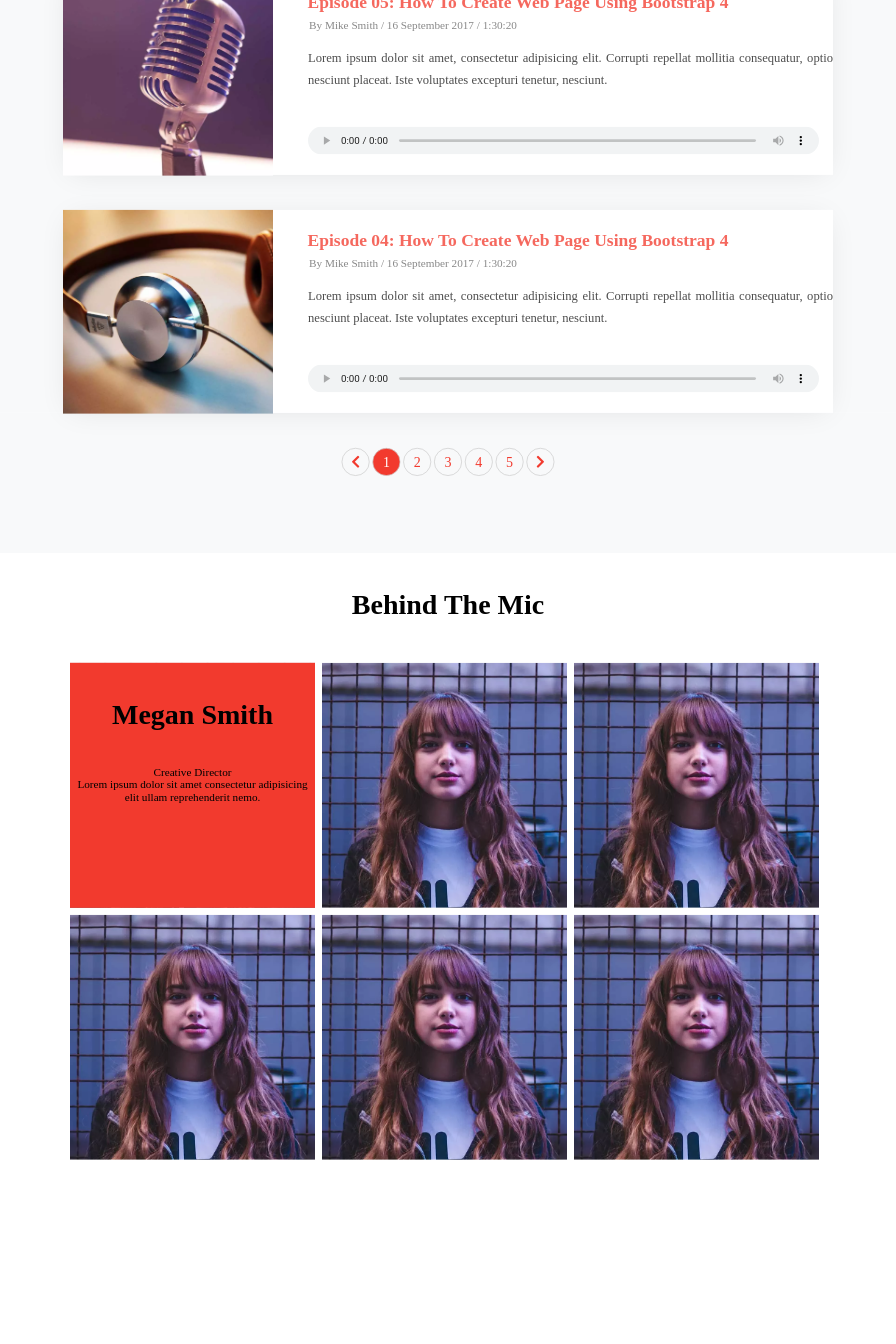
Repository: nhutduy0803/template2
Page: index.html
These files come from the project's save history. The page is drawn as it stood at one moment and after the next save; the edit follows.
The browser window is 1280 px wide. The pictures show the part of the page from y = 2077 to 3997 px (the page is 3997 px tall), at 70% of full size.

Above is the page before, as saved 2021-12-09 14:41:46.

After the next save:
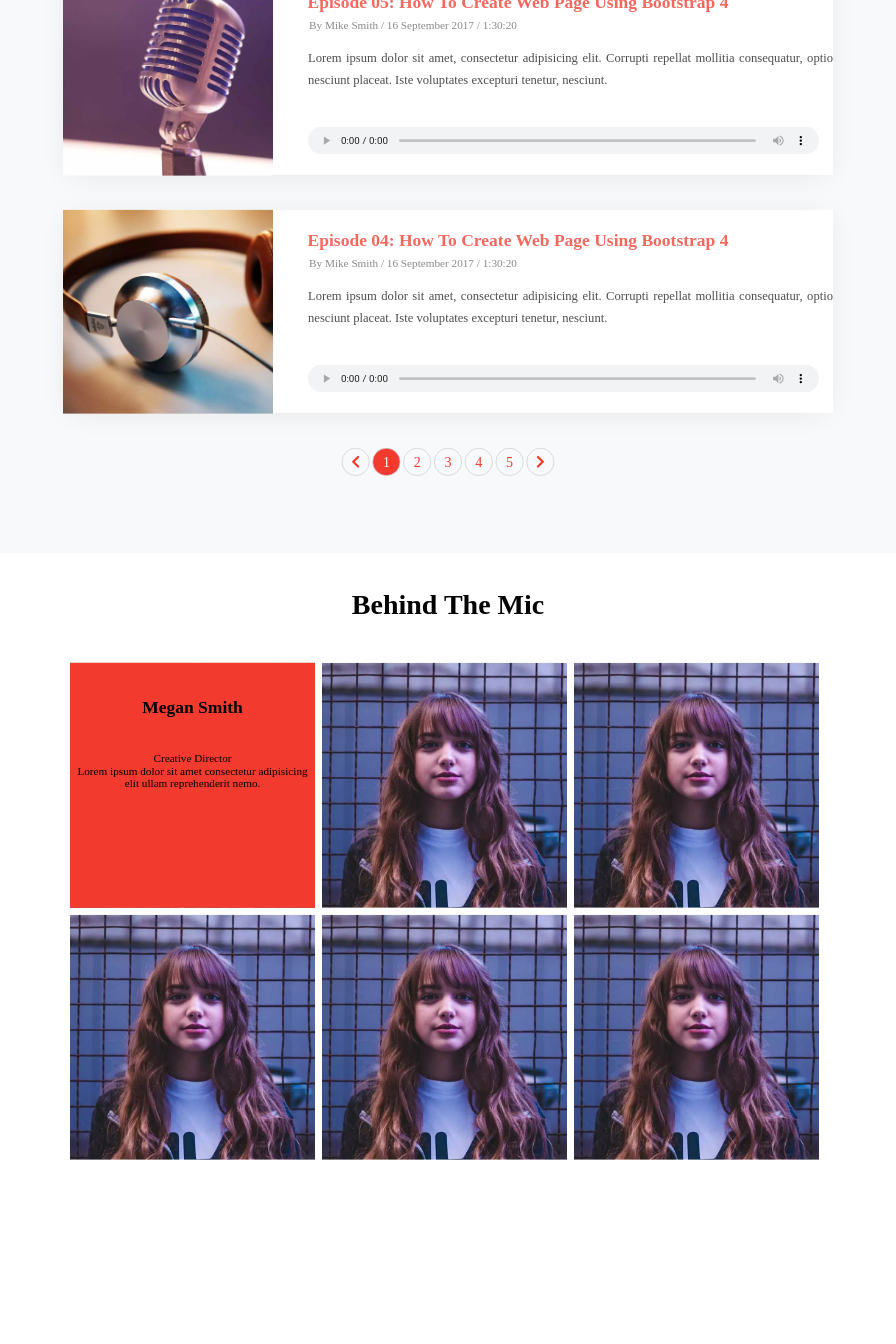
Saved 17 s later.
--- a/assets/css/style.css
+++ b/assets/css/style.css
@@ -378,3 +378,7 @@
   position: absolute;
   background-color: #f23a2e;
 }
+
+.content-behind h2 {
+  font-size: 25px;
+}
